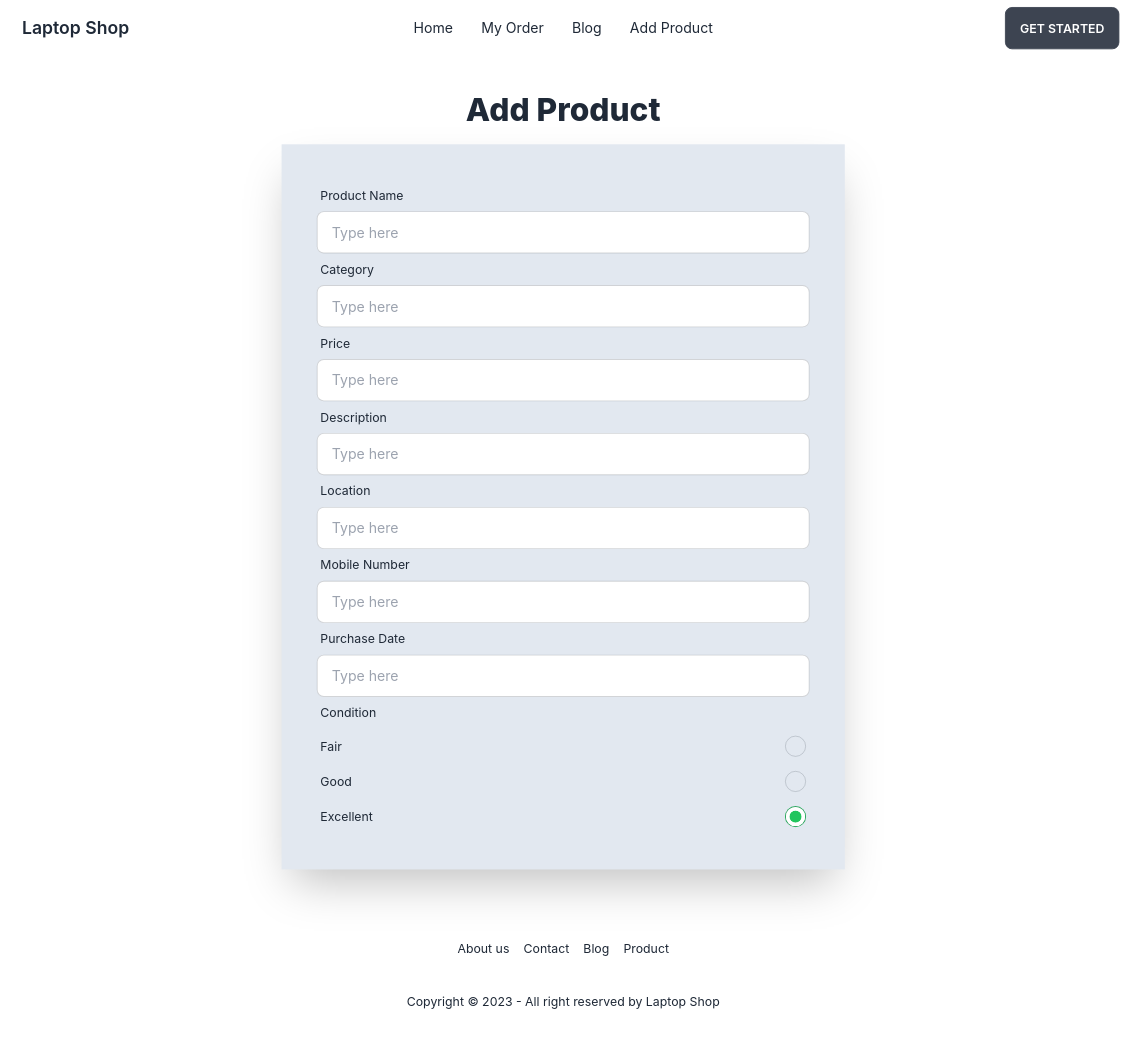
Repository: mdsajib50/E-commerce
Page: /add-product
These files come from the project's save history. The page is drawn as it stood at one moment and after the next save; the edit follows.
The browser window is 1280 px wide. The pictures show the whole page, at 88% of full size.
The project was rebuilt for these pictures with package versions that can differ from the ones it lists, and the page was loaded fresh each time. Also part of the build but not shown: src/Pages/Home/Banner/Banner.js, src/Pages/Home/Product/ProductCard.js, src/Pages/Home/Product/Product.js, src/Pages/Home/Home/Home.js.

Above is the page before, as saved 2023-01-11 23:23:19.

### src/App.js
import logo from './logo.svg';
import './App.css';
import { RouterProvider } from 'react-router';
import router from './Routes/Router';

function App() {
  return (
    <div className="App">
        <RouterProvider router={router}></RouterProvider>
    </div>
  );
}

export default App;

### src/Routes/Router.js
import React from 'react';
import { createBrowserRouter } from 'react-router-dom';
import Main from '../Layout/Main/Main';
import AddProduct from '../Pages/AddProduct/AddProduct';
import Home from '../Pages/Home/Home/Home';

const router = createBrowserRouter([
    {
        path: '/',
        element: <Main></Main>,
        children:[
            {
                path:'/',
                element:<Home></Home>
            },
            {
                path:'/home',
                element:<Home></Home>
            },
            {
                path: '/add-product',
                element: <AddProduct></AddProduct>
            }
        ]
    }
])

export default router;

### src/Layout/Main/Main.js
import React from 'react';
import { Outlet } from 'react-router';
import Footer from '../../Pages/Shared/Footer/Footer';
import Header from '../../Pages/Shared/Header/Header';

const Main = () => {
    return (
        <div>
            <Header></Header>
            <Outlet></Outlet>
            <Footer></Footer>
        </div>
    );
};

export default Main;

### src/Pages/AddProduct/AddProduct.js
import React from 'react';

const AddProduct = () => {
    return (
        <div className='my-10'>
            <h1 className='text-center font-extrabold text-4xl'>Add Product</h1>
           <div className=' text-center w-1/2 mx-auto shadow-2xl bg-slate-200 p-10 mt-5'>
                <form>
                    <div className="form-control">
                        <label className="label">
                            <span className="label-text text-">Product Name</span>
                        </label>
                        <input type="text" name='product_name' placeholder="Type here" className="input input-bordered" />
                    </div>
                    <div className="form-control">
                        <label className="label">
                            <span className="label-text">Category</span>
                        </label>
                        <input type="text" name='category' placeholder="Type here" className="input input-bordered" />
                    </div>
                    <div className="form-control">
                        <label className="label">
                            <span className="label-text">Price</span>
                        </label>
                        <input type="text" name='price' placeholder="Type here" className="input input-bordered" />
                    </div>
                    <div className="form-control">
                        <label className="label">
                            <span className="label-text">Description</span>
                        </label>
                        <input type="text" name='description' placeholder="Type here" className="input input-bordered" />
                    </div>
                    <div className="form-control">
                        <label className="label">
                            <span className="label-text">Location</span>
                        </label>
                        <input type="text" name='location' placeholder="Type here" className="input input-bordered" />
                    </div>
                    <div className="form-control">
                        <label className="label">
                            <span className="label-text">Mobile Number</span>
                        </label>
                        <input type="text" name='mobile' placeholder="Type here" className="input input-bordered" />
                    </div>
                    <div className="form-control">
                        <label className="label">
                            <span className="label-text">Purchase Date </span>
                        </label>
                        <input type="text" name='date' placeholder="Type here" className="input input-bordered" />
                    </div>
                    <div className="form-control rounded-xl">
                    <label className="label">
                            <span className="label-text">Condition </span>
                        </label>
                        <div className="form-control">
                            <label className="label cursor-pointer">
                                <span className="label-text">Fair</span>
                                <input type="radio" value='fair' name="condition" className="radio checked:bg-red-500" checked />
                            </label>
                            </div>
                            <div className="form-control">
                            <label className="label cursor-pointer">
                                <span className="label-text">Good</span>
                                <input type="radio" value='good' name="condition" className="radio checked:bg-blue-500" checked />
                            </label>
                        </div>
                            <div className="form-control">
                            <label className="label cursor-pointer">
                                <span className="label-text">Excellent</span>
                                <input type="radio" value='excellent' name="condition" className="radio checked:bg-green-500" checked />
                            </label>
                        </div>
                    </div>
                    </form>
           </div>
        </div>
    );
};

export default AddProduct;

### src/Pages/Shared/Footer/Footer.js
import React from 'react';

const Footer = () => {
    return (
        <footer className="footer footer-center p-10 text-base-content rounded mt-10">
            <div className="grid grid-flow-col gap-4">
                <a className="link link-hover">About us</a>
                <a className="link link-hover">Contact</a>
                <a className="link link-hover">Blog</a>
                <a className="link link-hover">Product</a>
            </div>
            <div>
                <p>Copyright © 2023 - All right reserved by Laptop Shop</p>
            </div>
</footer>
    );
};

export default Footer;

### src/Pages/Shared/Header/Header.js
import React from 'react';
import { Link } from 'react-router-dom';

const Header = () => {
    return (
        <div className="navbar bg-base-100">
        <div className="navbar-start">
            <div className="dropdown">
            <label tabIndex={0} className="btn btn-ghost lg:hidden">
                <svg xmlns="http://www.w3.org/2000/svg" className="h-5 w-5" fill="none" viewBox="0 0 24 24" stroke="currentColor"><path strokeLinecap="round" strokeLinejoin="round" strokeWidth="2" d="M4 6h16M4 12h8m-8 6h16" /></svg>
            </label>
            <ul tabIndex={0} className="menu menu-compact dropdown-content mt-3 p-2 shadow bg-base-100 rounded-box w-52">
                <li><Link to='/home'>Home</Link></li>
                <li><Link to='/myorder'>My Order</Link></li>
                <li><Link to='/blog'>Blog</Link></li>
                <li><Link to='/add-product'>Add A Product</Link></li>
            </ul>
            </div>
            <a className="btn btn-ghost normal-case text-xl">Laptop Shop</a>
        </div>
        <div className="navbar-center hidden lg:flex">
            <ul className="menu menu-horizontal px-1">
                <li><Link to='/home'>Home</Link></li>
                <li><Link to='/myorder'>My Order</Link></li>
                <li><Link to='/blog'>Blog</Link></li>
                <li><Link to='/add-product'>Add Product</Link></li>
            </ul>
        </div>
        <div className="navbar-end">
            <a className="btn">Get started</a>
        </div>
</div>
    );
};

export default Header;

Loaded but not shown: src/index.js (common file); src/index.css (common file); src/reportWebVitals.js (common file); src/App.css (common file); tailwind.config.js (common file)

After the next save:
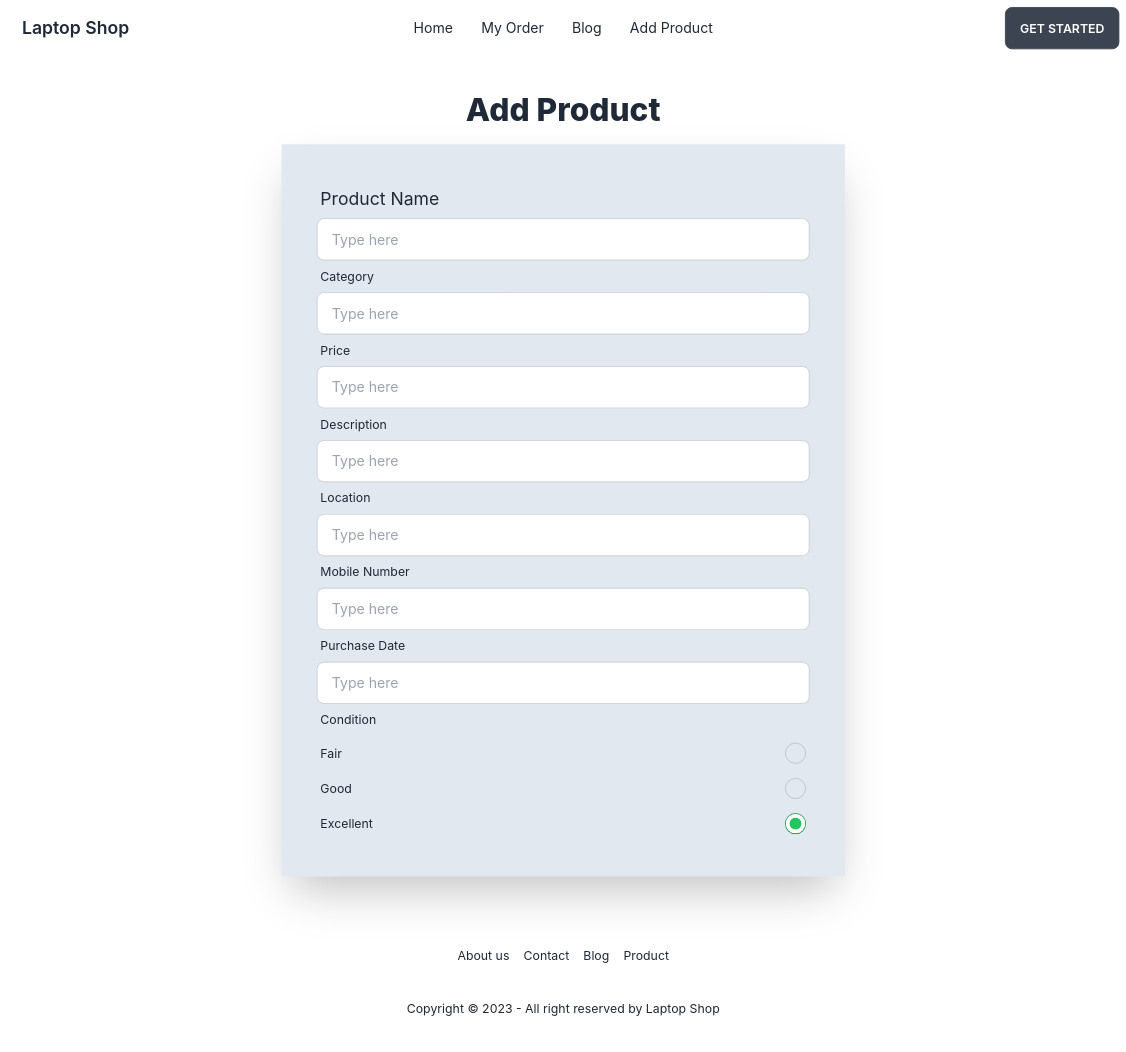
Saved 4 s later.
--- a/src/Pages/AddProduct/AddProduct.js
+++ b/src/Pages/AddProduct/AddProduct.js
@@ -8,7 +8,7 @@ const AddProduct = () => {
                 <form>
                     <div className="form-control">
                         <label className="label">
-                            <span className="label-text text-">Product Name</span>
+                            <span className="label-text text-xl">Product Name</span>
                         </label>
                         <input type="text" name='product_name' placeholder="Type here" className="input input-bordered" />
                     </div>
